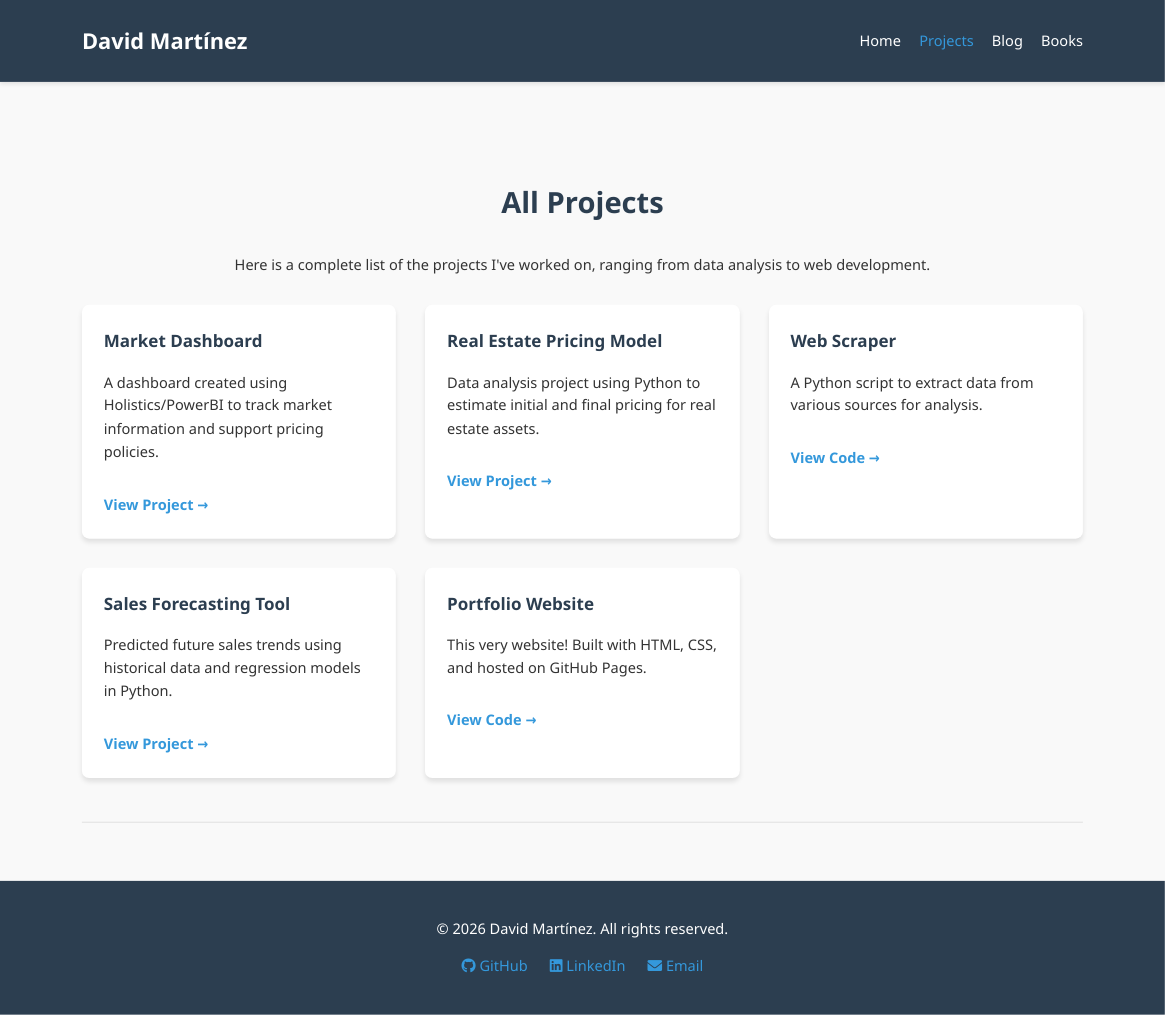
Repository: davidsmv/davidsmv.github.io
Page: projects.html
The author's editor kept a copy of each file at every save. The page is drawn from the files as they stood at one save, then again after the next save.
The browser window is 1280 px wide. The pictures show the whole page, at 91% of full size.

Above is the page before, as saved 2026-01-19 17:03:53.

After the next save:
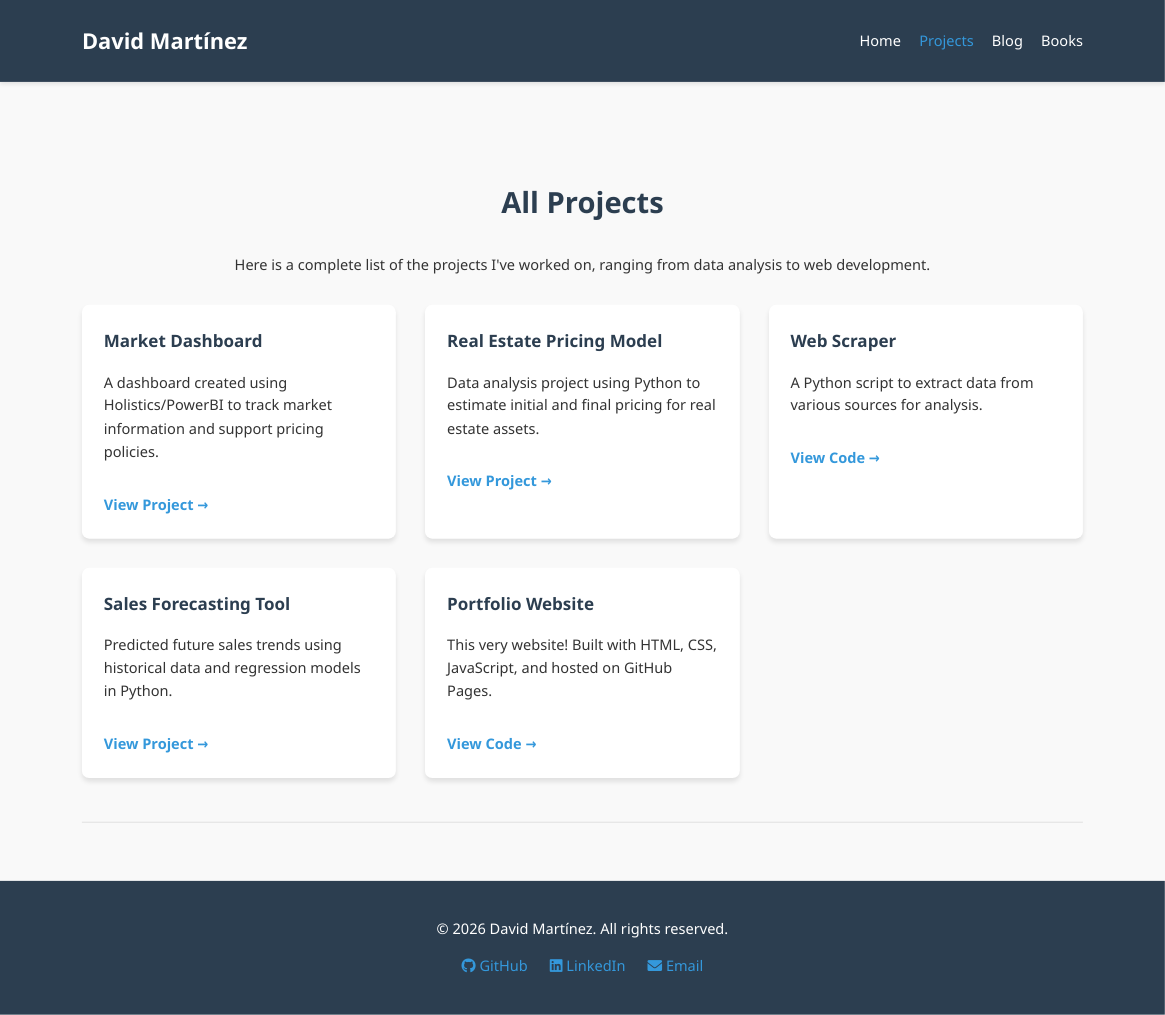
Saved 18 s later.
--- a/projects.html
+++ b/projects.html
@@ -42,40 +42,8 @@
                 Here is a complete list of the projects I've worked on, ranging from data analysis to web development.
             </p>
 
-            <div class="projects-grid">
-                <!-- Project 1 -->
-                <div class="project-card">
-                    <h3>Market Dashboard</h3>
-                    <p>A dashboard created using Holistics/PowerBI to track market information and support pricing policies.</p>
-                    <a href="#" class="project-link">View Project &rarr;</a>
-                </div>
-
-                <!-- Project 2 -->
-                <div class="project-card">
-                    <h3>Real Estate Pricing Model</h3>
-                    <p>Data analysis project using Python to estimate initial and final pricing for real estate assets.</p>
-                    <a href="#" class="project-link">View Project &rarr;</a>
-                </div>
-
-                <!-- Project 3 -->
-                <div class="project-card">
-                    <h3>Web Scraper</h3>
-                    <p>A Python script to extract data from various sources for analysis.</p>
-                    <a href="#" class="project-link">View Code &rarr;</a>
-                </div>
-
-                <!-- Additional Placeholder Projects for the "Full" page -->
-                <div class="project-card">
-                    <h3>Sales Forecasting Tool</h3>
-                    <p>Predicted future sales trends using historical data and regression models in Python.</p>
-                    <a href="#" class="project-link">View Project &rarr;</a>
-                </div>
-
-                <div class="project-card">
-                    <h3>Portfolio Website</h3>
-                    <p>This very website! Built with HTML, CSS, and hosted on GitHub Pages.</p>
-                    <a href="#" class="project-link">View Code &rarr;</a>
-                </div>
+            <div class="projects-grid" id="all-projects">
+                <!-- Content will be loaded from scripts.js -->
             </div>
         </section>
     </div>
@@ -88,5 +56,11 @@
             <a href="mailto:david-martinezv@hotmail.com"><i class="fas fa-envelope"></i> Email</a>
         </p>
     </footer>
+
+    <!-- Load scripts -->
+    <script src="scripts.js"></script>
+    <script>
+        renderProjects('all-projects');
+    </script>
 </body>
 </html>
